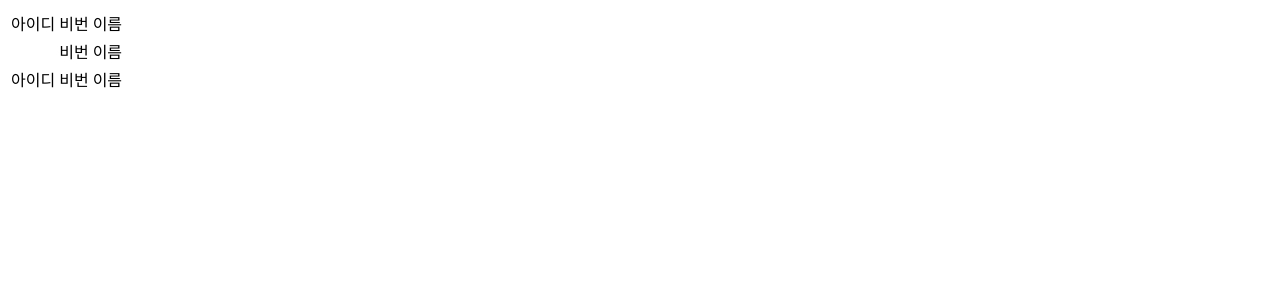
Repository: nobley3/EclipseIDE
Page: http://localhost/prj0908시험연습/check
The author's editor kept a copy of each file at every save. The page is drawn from the files as they stood at one save, then again after the next save.
The browser window is 1280 px wide. The pictures show the whole page.
The page is served by Tomcat 9. Queries for data that is not in the repository find no rows.

Above is the page before, as saved 2023-09-08 08:40:32.

After the next save:
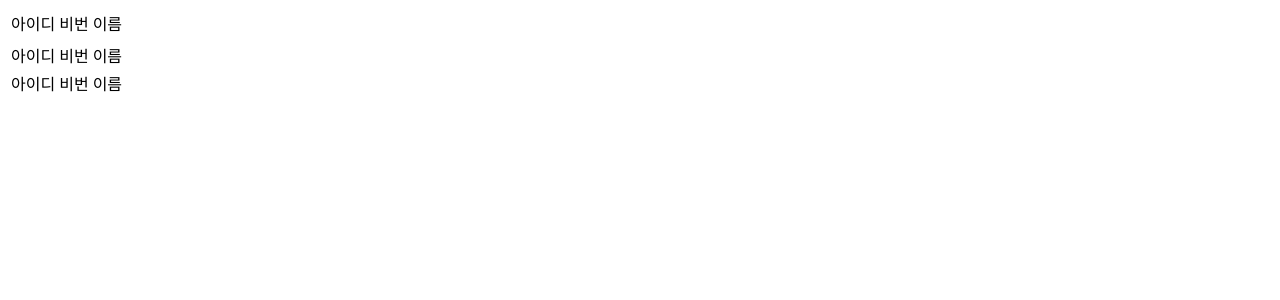
Saved 16 s later.
--- a/prj0908시험연습/src/main/webapp/WEB-INF/views/acorn.jsp
+++ b/prj0908시험연습/src/main/webapp/WEB-INF/views/acorn.jsp
@@ -30,6 +30,12 @@
 				}
 				%>
 			</td>
+			<td></td>
+			<td></td>
+		</tr>
+
+		<tr>
+			<td>아이디</td>
 			<td>비번</td>
 			<td>이름</td>
 		</tr>
